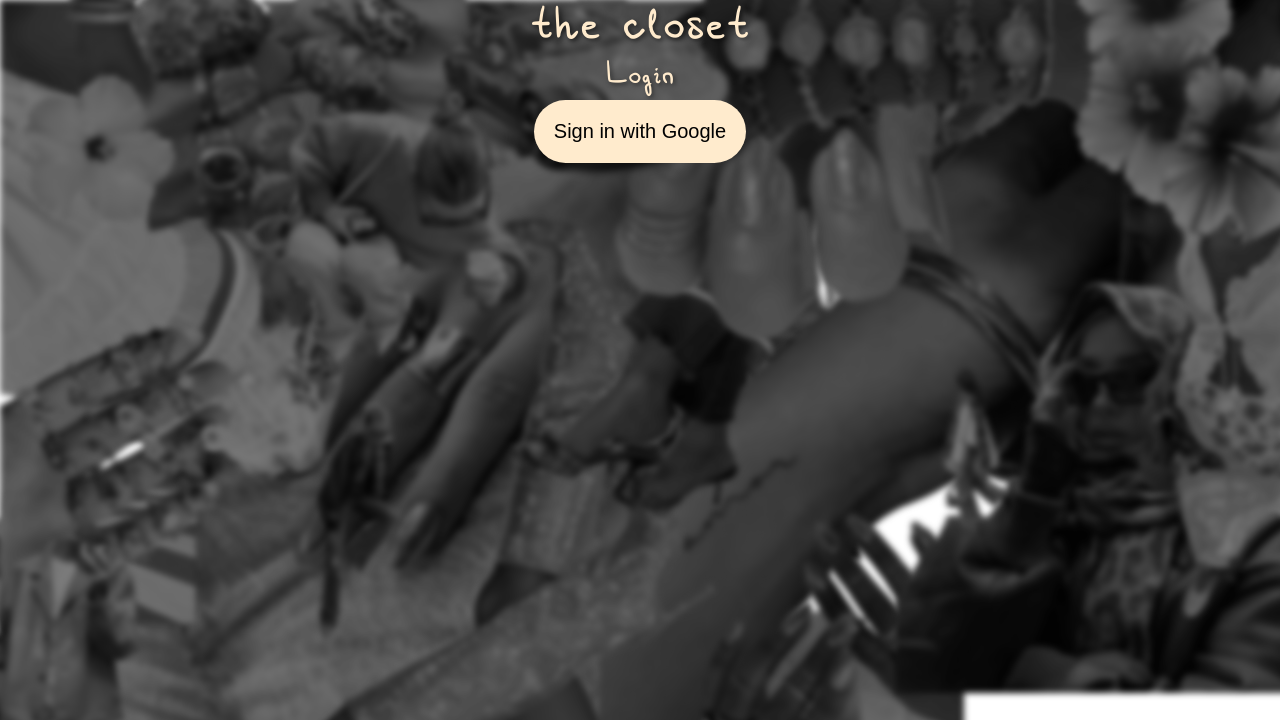
Repository: karla-sikavica/theCloset
Page: / (app in frontend/)
An editor plug-in stored every save of this project. The page is shown before and after the next save, followed by the edit.
The browser window is 1280 px wide. The pictures show the whole page.
The project was rebuilt for these pictures with package versions that can differ from the ones it lists, and the page was loaded fresh each time. Also part of the build but not shown: frontend/vite.config.ts.

Above is the page before, as saved 2025-03-29 16:36:13.

### frontend/src/index.css
@font-face {
  font-family: 'Kalla';
  src: url('/fonts/Kalla-Regular.ttf') format('truetype');
  font-weight: 400;
  font-style: normal;
}

:root {
  font-family: 'Kalla', system-ui, Avenir, Helvetica, Arial, sans-serif;
  line-height: 50px;
  font-weight: 400;
  display: block;


  font-synthesis: none;
  text-rendering: optimizeLegibility;
  -webkit-font-smoothing: antialiased;
  -moz-osx-font-smoothing: grayscale;
}

### frontend/src/App.tsx
import { BrowserRouter as Router, Routes, Route } from "react-router-dom";
import "./App.css";
import Login from "./pages/Login";
import Collage from "./components/ui/Collage";

function App() {
  return (
    <Router>
      <Collage />

      <div className="main-content">
        <Routes>
          <Route path="/" element={<Login></Login>} />
          <Route path="/login" element={<Login />} />
        </Routes>
      </div>
    </Router>
  );
}

export default App;

### frontend/src/App.css
#root {
  max-width: 1280px;
  margin: 0 auto;
  padding: 2rem;
  text-align: center;
}

body {
  color:blanchedalmond;
  text-shadow: 2px 2px 4px rgba(0, 0, 0, 0.5);
}

body, html, #root {
  margin: 0;
  padding: 0;
  height: 100%;
  width: 100%;
  overflow: hidden;
}

/* Optional: to make sure your app content appears above the collage */
.main-content {
  z-index: 10;

   position: relative;
  /*pointer-events: auto;
  height: 100%; */
}

/*
body::before {
  content: "";
  position: fixed;
  top: 0;
  left: 0;
  width: 100vh;
  height: 100vw;
  background-image: url("/images/download.jpeg");
  background-repeat: no-repeat;
  background-size: cover;
  background-position: center;
  transform: rotate(270deg) translate(-100vh, 0);
  transform-origin: top left;
  z-index: -1;
}

body::after {
  content: "";
  position: fixed;
  top: 0;
  left: 0;
  width: 100vw;
  height: 100vh;
  /* background: rgba(50, 30, 10, 0.6); */
/*   z-index: -1;
 *//* */

### frontend/src/pages/Login.tsx
import GoogleLogin from "../components/ui/GoogleLogin";

function Login() {
  return (
    <div style={{ margin: "auto" }}>
      <h1 style={{ fontSize: 100, margin: 0 }}>the closet</h1>
      <h2 style={{ fontSize: 60, margin: 0 }}>Login</h2>
      <div style={{ textAlign: "center" }}>
        <GoogleLogin></GoogleLogin>
      </div>
    </div>
  );
}

export default Login;

### frontend/src/components/ui/Collage.tsx
import React, { useEffect, useRef } from "react";
import "../css/Collage.css";

/* const imageCount = 32;
 */
type CollageImage = {
  src: string;
  top: string;
  left: string;
  width: string;
  rotate?: string;
  zIndex?: number;
};

const collageConfig: CollageImage[] = [
  {
    src: "/images/photo%20(1).png",
    top: "45%",
    left: "0%",
    width: "250px",
    rotate: "0deg",
    zIndex: 2,
  },
  {
    src: "/images/photo%20(2).png",
    top: "30%",
    left: "25%",
    width: "400px",
    rotate: "0deg",
    zIndex: 1,
  },
  {
    src: "/images/photo%20(3).png",
    top: "18%",
    left: "40%",
    width: "350px",
    rotate: "0deg",
    zIndex: 0,
  },
  {
    src: "/images/photo%20(4).png",
    top: "-5%",
    left: "55%",
    width: "400px",
    rotate: "0deg",
    zIndex: 2,
  },
  {
    src: "/images/photo%20(5).png",
    top: "30%",
    left: "40%",
    width: "260px",
    rotate: "0deg",
    zIndex: 1,
  },
  {
    src: "/images/photo%20(6).png",
    top: "10%",
    left: "18%",
    width: "300px",
    rotate: "0deg",
    zIndex: 4,
  },
  {
    src: "/images/photo%20(7).png",
    top: "38%",
    left: "70%",
    width: "400px",
    rotate: "0deg",
    zIndex: 1,
  },
  {
    src: "/images/photo%20(8).png",
    top: "0%",
    left: "0%",
    width: "350px",
    rotate: "0deg",
    zIndex: 1,
  },
  {
    src: "/images/photo%20(9).png",
    top: "0%",
    left: "35%",
    width: "280px",
    rotate: "-6deg",
    zIndex: 3,
  },
  {
    src: "/images/photo%20(10).png",
    top: "42%",
    left: "20%",
    width: "200px",
    rotate: "15deg",
    zIndex: 1,
  },
  {
    src: "/images/photo%20(11).png",
    top: "-20%",
    left: "70%",
    width: "400px",
    rotate: "0deg",
    zIndex: 0,
  },
  {
    src: "/images/photo%20(12).png",
    top: "-20%",
    left: "10%",
    width: "350px",
    rotate: "-9deg",
    zIndex: 1,
  },
  {
    src: "/images/photo%20(13).png",
    top: "0%",
    left: "6%",
    width: "550px",
    rotate: "0deg",
    zIndex: 0,
  },
  {
    src: "/images/photo%20(14).png",
    top: "50%",
    left: "-5%",
    width: "260px",
    rotate: "0deg",
    zIndex: 0,
  },
  {
    src: "/images/photo%20(15).png",
    top: "45%",
    left: "70%",
    width: "170px",
    rotate: "-8deg",
    zIndex: 1,
  },
  {
    src: "/images/photo%20(16).png",
    top: "3%",
    left: "48%",
    width: "500px",
    rotate: "3deg",
    zIndex: 0,
  },
  {
    src: "/images/photo%20(17).png",
    top: "0%",
    left: "45%",
    width: "380px",
    rotate: "0deg",
    zIndex: 1,
  },
  {
    src: "/images/photo%20(18).png",
    top: "75%",
    left: "-3%",
    width: "200px",
    rotate: "10deg",
    zIndex: 3,
  },
  {
    src: "/images/photo%20(19).png",
    top: "22%",
    left: "86%",
    width: "290px",
    rotate: "0deg",
    zIndex: 2,
  },
  {
    src: "/images/photo%20(30).png",
    top: "-20%",
    left: "80%",
    width: "300px",
    rotate: "-27deg",
    zIndex: 3,
  },
  {
    src: "/images/photo%20(29).png",
    top: "-5%",
    left: "-2%",
    width: "270px",
    rotate: "150deg",
    zIndex: 3,
  },
  {
    src: "/images/photo%20(22).png",
    top: "65%",
    left: "55%",
    width: "260px",
    rotate: "180deg",
    zIndex: 0,
  } /*,
  {
    src: "/images/photo%20(23).png",
    top: "60%",
    left: "20%",
    width: "180px",
    rotate: "-7deg",
    zIndex: 2,
  },
  {
    src: "/images/photo%20(24).png",
    top: "15%",
    left: "50%",
    width: "190px",
    rotate: "6deg",
    zIndex: 1,
  },
  {
    src: "/images/photo%20(25).png",
    top: "10%",
    left: "30%",
    width: "160px",
    rotate: "-4deg",
    zIndex: 3,
  },
  {
    src: "/images/photo%20(26).png",
    top: "40%",
    left: "50%",
    width: "170px",
    rotate: "11deg",
    zIndex: 2,
  },
  {
    src: "/images/photo%20(27).png",
    top: "50%",
    left: "75%",
    width: "180px",
    rotate: "-9deg",
    zIndex: 1,
  },
  {
    src: "/images/photo%20(28).png",
    top: "35%",
    left: "10%",
    width: "200px",
    rotate: "4deg",
    zIndex: 2,
  },
  {
    src: "/images/photo%20(29).png",
    top: "25%",
    left: "65%",
    width: "190px",
    rotate: "-5deg",
    zIndex: 3,
  },
  {
    src: "/images/photo%20(30).png",
    top: "70%",
    left: "85%",
    width: "160px",
    rotate: "6deg",
    zIndex: 1,
  },
  {
    src: "/images/photo%20(31).png",
    top: "80%",
    left: "35%",
    width: "170px",
    rotate: "-3deg",
    zIndex: 2,
  },
  {
    src: "/images/photo%20(32).png",
    top: "90%",
    left: "50%",
    width: "180px",
    rotate: "8deg",
    zIndex: 3,
  }, */,
];

const Collage: React.FC = () => {
  return (
    <div className="collage-background">
      {collageConfig.map((img, index) => (
        <img
          key={index}
          src={img.src}
          alt={`collage-img-${index}`}
          className="collage-img"
          style={{
            top: img.top,
            left: img.left,
            width: img.width,
            transform: `rotate(${img.rotate || "0deg"})`,
            zIndex: img.zIndex || 0,
          }}
        />
      ))}
    </div>
  );
};

export default Collage;

/*
const Collage: React.FC = () => {
  const containerRef = useRef<HTMLDivElement>(null);

  useEffect(() => {
    const container = containerRef.current;
    if (!container) return;

    const imgs = container.querySelectorAll("img");
    imgs.forEach((img) => {
      const x = Math.random() * 100;
      const y = Math.random() * 100;
      const rotate = Math.random() * 20 - 10; // rotate between -10 and +10 degrees
      const z = Math.floor(Math.random() * 10); // random z-index

      img.style.top = `${y}vh`;
      img.style.left = `${x}vw`;
      img.style.transform = `rotate(${rotate}deg)`;
      img.style.zIndex = z.toString();
    });
  }, []);

  return (
    <div className="collage-background" ref={containerRef}>
      {[...Array(imageCount)].map((_, index) => (
        <img
          key={index}
          src={`/images/photo%20(${index + 1}).png`}
          alt={`collage-img-${index}`}
          className="collage-img"
        />
      ))}
    </div>
  );
};

export default Collage; */

### frontend/src/components/ui/GoogleLogin.tsx
// src/components/GoogleLogin.js
import { signInWithPopup } from "firebase/auth";
import { auth, googleProvider } from "../../firebase";
import GoogleButton from "./GoogleButton";

function GoogleLogin() {
  const handleGoogleLogin = async () => {
    try {
      const result = await signInWithPopup(auth, googleProvider);
      const user = result.user;

      const token = await user.getIdToken();
      console.log("✅ Google login successful! Token:", token);

      const res = await fetch("http://localhost:8080/categories", {
        headers: {
          Authorization: `Bearer ${token}`,
        },
      });

      const data = await res.json();
      console.log("Backend response:", data);
    } catch (error: any) {
      console.error("❌ Google login error:", error.message);
    }
  };

  return (
    <div>
      <GoogleButton onClick={handleGoogleLogin}>
        Sign in with Google
      </GoogleButton>{" "}
    </div>
  );
}

export default GoogleLogin;

### frontend/src/components/css/Collage.css

  .collage-background {
    position: fixed;
    top: 0;
    left: 0;
    width: 100vw;
    height: 100vh;
    overflow: hidden;
    z-index: 0;
    pointer-events: auto;
  }

  .collage-img {
    position: absolute;
    object-fit: contain;
    filter: grayscale(100%) blur(3px) brightness(0.5);
    pointer-events: auto;
    border: none;
  }

  .collage-img:hover {
    filter: grayscale(0%);

/*     border: 3px solid bisque;
 */  }

### frontend/src/firebase.ts
import { initializeApp } from "firebase/app";
import { getAuth, GoogleAuthProvider  } from "firebase/auth";

//import { getAnalytics } from "firebase/auth";

const firebaseConfig = {
  apiKey: "AIzaSyAbHQdx6UcrnGOItmjSgqMahJKQc3tssx8",
  authDomain: "thecloset-7ba5e.firebaseapp.com",
  projectId: "thecloset-7ba5e",
  storageBucket: "thecloset-7ba5e.firebasestorage.app",
  messagingSenderId: "77195632073",
  appId: "1:77195632073:web:69fd94b7e825471e71dc18",
  measurementId: "G-8GEFS4DWQG"
};

// Initialize Firebase
const app = initializeApp(firebaseConfig);
export const auth = getAuth(app);
export const googleProvider = new GoogleAuthProvider();


//const analytics = getAnalytics(app);

### frontend/src/components/ui/GoogleButton.tsx
import styles from "../css/GoogleButton.module.css";

interface Props {
  children: React.ReactNode;
  onClick: () => void;
}

const GoogleButton = ({ onClick, children }: Props) => {
  return (
    <button onClick={onClick} className={styles.googleButton}>
      {children}
    </button>
  );
};

export default GoogleButton;

### frontend/src/components/css/GoogleButton.module.css
.googleButton{
    border-radius: 50px;
    padding: 20px;
    background-color: blanchedalmond;
    font-size: 20px;
    border: none;
}

.googleButton:hover{
    background-color: rgb(213, 197, 172);
}

Loaded but not shown: frontend/index.html (common file); frontend/src/main.tsx (common file)

After the next save:
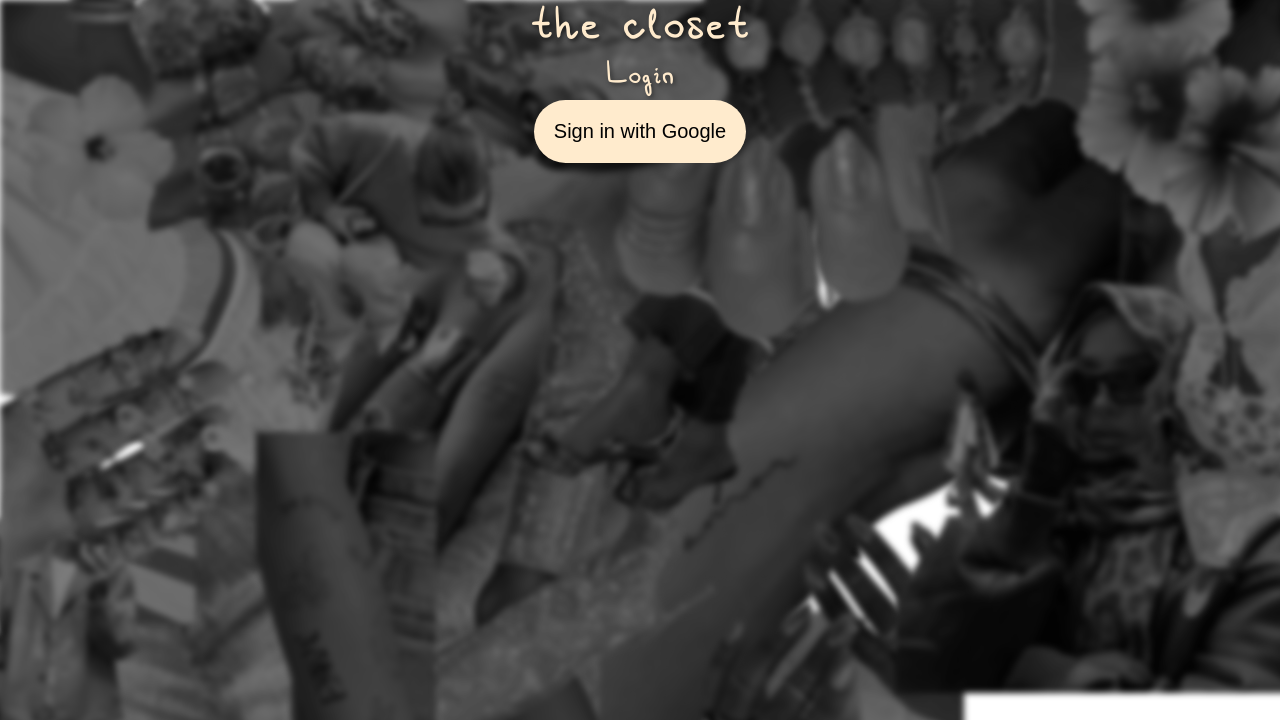
Saved 97 s later.
--- a/frontend/src/components/ui/Collage.tsx
+++ b/frontend/src/components/ui/Collage.tsx
@@ -188,15 +188,15 @@
     width: "260px",
     rotate: "180deg",
     zIndex: 0,
-  } /*,
+  },
   {
     src: "/images/photo%20(23).png",
     top: "60%",
     left: "20%",
     width: "180px",
-    rotate: "-7deg",
-    zIndex: 2,
-  },
+    rotate: "0deg",
+    zIndex: 2,
+  } /*,
   {
     src: "/images/photo%20(24).png",
     top: "15%",
